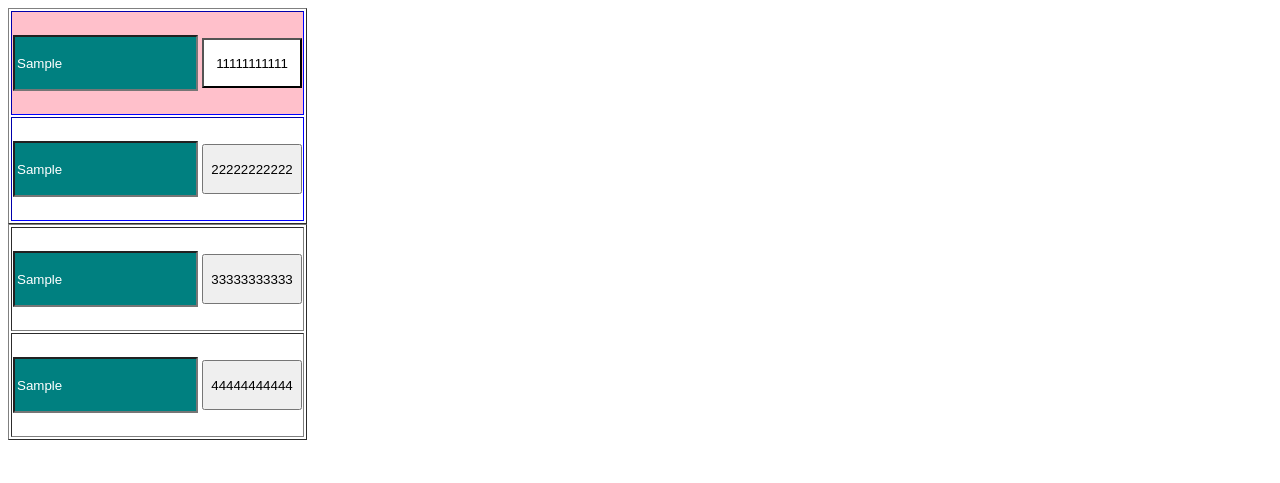
Repository: AgentHyun/FishDalle3
Page: Feb14_1_jQuery/WebContent/2_DOM_Select.html
An editor plug-in stored every save of this project. The page is shown before and after the next save, followed by the edit.
The browser window is 1280 px wide. The pictures show the whole page.
Empty fields were first filled with sample values (such as "Sample", 5 or name@example.com).
After loading, the first visible `button` was clicked once.

Above is the page before, as saved 2025-02-14 02:39:16.

After the next save:
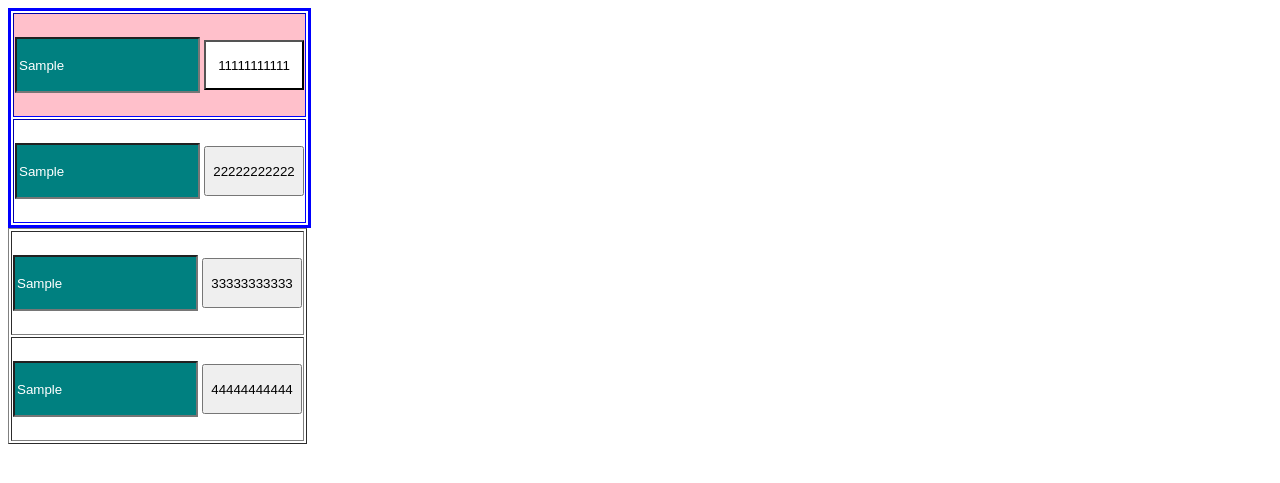
Saved 109 s later.
--- a/Feb14_1_jQuery/WebContent/2_DOM_Select.html
+++ b/Feb14_1_jQuery/WebContent/2_DOM_Select.html
@@ -33,9 +33,11 @@ $(function(){
            $(this).parent().css("background-color", "pink");
            $(this).parent().parent().parent().css("border","1px solid blue");
 
+
            // 누른 버튼이 있는 table의 테두리를 파란색으로
 
-
+          //closest("CSS선택자") : 상위에 있는 것 중에서 가장 가까운 CSS선택자
+          $(this).closest("table").css("border", "blue solid 3px");
 
    });
 
